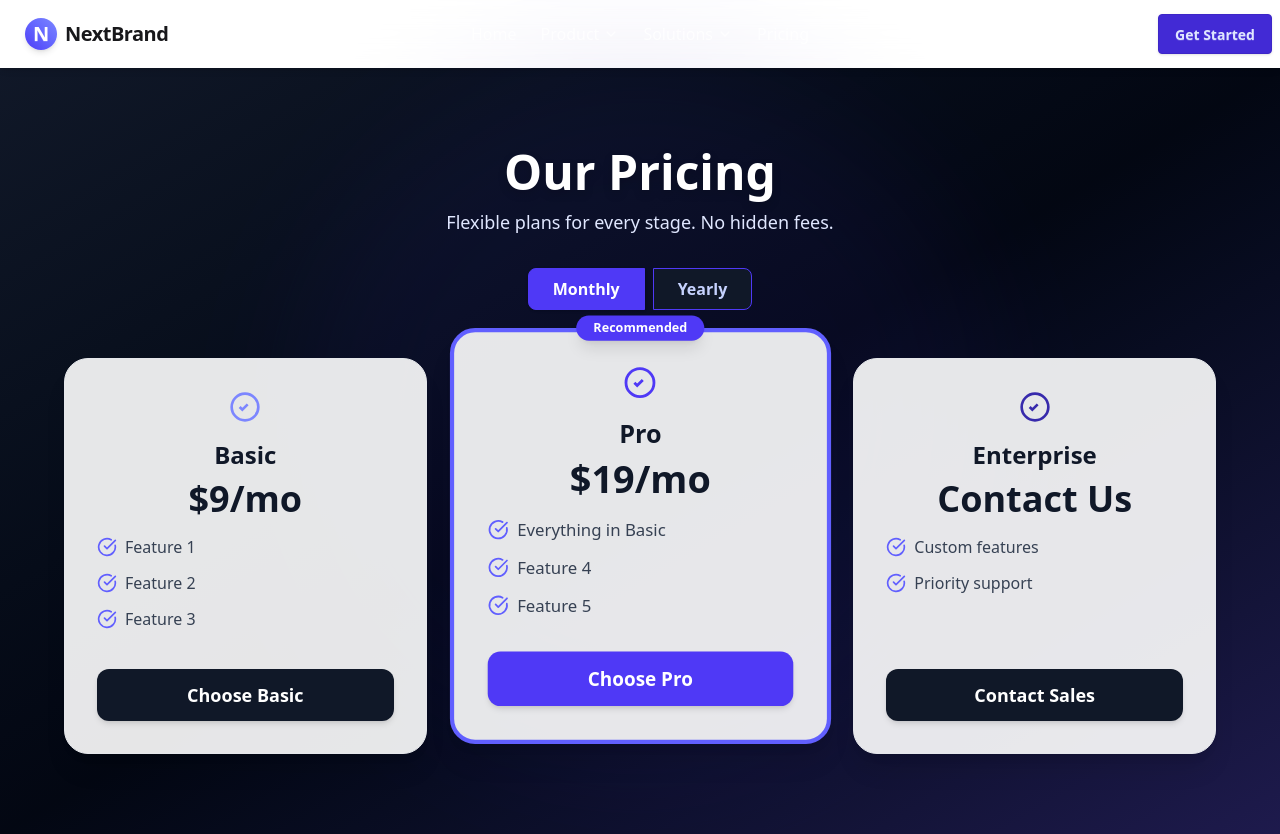
Repository: Chiranshukapil/Next_Brand
Page: /pricing
These files come from the project's save history. The page is drawn as it stood at one moment and after the next save; the edit follows.
The browser window is 1280 px wide. The pictures show the whole page.
The project was rebuilt for these pictures with package versions that can differ from the ones it lists, and the page was loaded fresh each time. Also part of the build but not shown: vite.config.js.

Above is the page before, as saved 2025-06-18 11:42:56.

### index.html
<!doctype html>
<html lang="en">
  <head>
    <meta charset="UTF-8" />
    <link rel="stylesheet" href="src/index.css">
    <meta name="viewport" content="width=device-width, initial-scale=1.0" />
    <title>NavBar</title>
  </head>
  <body classname="scroll-smooth">
    <div id="root"></div>
    <script type="module" src="/src/main.jsx"></script>
  </body>
</html>

### src/App.jsx
import { useState } from 'react'
import { BrowserRouter as Router, Routes, Route } from 'react-router-dom'
import Navbar from './Components/NavBar.jsx'
import PricingSection from './Components/PricingSection.jsx'

function App() {
  return (
    <Router>
      <Navbar />
      <Routes>

        <Route path="/pricing" element={<PricingSection />} />

      </Routes>
    </Router>
  )
}

export default App

### src/Components/NavBar.jsx
import React, { useState } from "react";
import { Link } from "react-router-dom";
import { Menu, X, ChevronDown } from "lucide-react";

// Use route paths in navLinks
const navLinks = [
  { name: "Home", href: "/" },
  {
    name: "Product",
    href: "/product",
    dropdown: [
      { name: "Overview", href: "/product/overview" },
      { name: "Features", href: "/product/features" },
    ],
  },
  {
    name: "Solutions",
    href: "/solutions",
    dropdown: [
      { name: "For Teams", href: "/solutions/teams" },
      { name: "For Individuals", href: "/solutions/individuals" },
    ],
  },
  { name: "Pricing", href: "/pricing" },
];

export default function Navbar() {
  const [menuOpen, setMenuOpen] = useState(false);
  const [dropdownOpen, setDropdownOpen] = useState(null);

  return (
    <nav className="navbar shadow-md sticky top-0 z-50 backdrop-blur-md bg-opacity-90 transition-all duration-300 flex justify-between items-center">

      <div className="navbar-start">
        <Link
          to="/"
          className="btn btn-ghost text-xl font-bold tracking-tight flex items-center gap-2 hover:text-indigo-500 transition-colors"
        >
          <span className="w-8 h-8 bg-gradient-to-tr from-indigo-600 to-indigo-400 rounded-full text-white flex items-center justify-center font-bold shadow-md">
            N
          </span>
          <span>NextBrand</span>
        </Link>
      </div>

      <div className="navbar-center hidden md:flex">
        <ul className="menu menu-horizontal px-1">
          {navLinks.map((link, index) => (
            <li
              key={link.name}
              onMouseEnter={() => setDropdownOpen(index)}
              onMouseLeave={() => setDropdownOpen(null)}
              className="relative"
            >
              {link.dropdown ? (
                <>
                  <Link
                    to={link.href}
                    className="text-base font-medium flex items-center gap-1 cursor-pointer text-white/80 hover:text-indigo-500 transition-colors"
                    aria-haspopup="true"
                    aria-expanded={dropdownOpen === index}
                    onClick={() => setDropdownOpen(null)}
                  >
                    {link.name}
                    <ChevronDown className="h-4 w-4" />
                  </Link>
                  {dropdownOpen === index && (
                    <ul className="absolute top-full left-0 mt-1 bg-gray-200 shadow-lg rounded-box p-2 w-48 z-50 animate-fade-in">
                      {link.dropdown.map((item) => (
                        <li key={item.name}>
                          <Link
                            to={item.href}
                            className="block px-3 py-1 rounded hover:bg-indigo-50 text-gray-800 transition"
                            onClick={() => setDropdownOpen(null)}
                          >
                            {item.name}
                          </Link>
                        </li>
                      ))}
                    </ul>
                  )}
                </>
              ) : (
                <Link
                  to={link.href}
                  className="text-base font-medium text-white/80 hover:text-indigo-500 transition"
                  onClick={() => setDropdownOpen(null)}
                >
                  {link.name}
                </Link>
              )}
            </li>
          ))}
        </ul>
      </div>

      <div className="navbar-end flex items-center">
        <Link
          to="/get-started"
          className="btn btn-primary font-semibold shadow hidden md:inline-flex"
        >
          Get Started
        </Link>
        <button
          aria-label="Toggle menu"
          className="btn btn-ghost md:hidden ml-2"
          onClick={() => setMenuOpen((v) => !v)}
        >
          {menuOpen ? (
            <X className="h-6 w-6 text-indigo-600" />
          ) : (
            <Menu className="h-6 w-6 text-indigo-600" />
          )}
        </button>

        <div
          className={`absolute top-full right-2 left-2 z-40 md:hidden overflow-hidden transition-all duration-300 ease-in-out bg-white rounded-box shadow-lg ${
            menuOpen ? "max-h-96" : "max-h-0"
          }`}
        >
          <ul tabIndex={0} className="menu menu-sm p-2 w-full">
            {navLinks.map((link) => (
              <li key={link.name}>
                {link.dropdown ? (
                  <details>
                    <summary className="text-base cursor-pointer flex items-center justify-between text-gray-800">
                      <Link
                        to={link.href}
                        className="flex items-center gap-1"
                        onClick={() => setMenuOpen(false)}
                      >
                        {link.name}
                      </Link>
                    </summary>
                    <ul className="p-2">
                      {link.dropdown.map((item) => (
                        <li key={item.name}>
                          <Link
                            to={item.href}
                            className="text-base text-gray-800"
                            onClick={() => setMenuOpen(false)}
                          >
                            {item.name}
                          </Link>
                        </li>
                      ))}
                    </ul>
                  </details>
                ) : (
                  <Link
                    to={link.href}
                    className="text-base text-gray-800"
                    onClick={() => setMenuOpen(false)}
                  >
                    {link.name}
                  </Link>
                )}
              </li>
            ))}
            <li className="mt-2">
              <Link
                to="/get-started"
                className="btn btn-primary w-full"
                onClick={() => setMenuOpen(false)}
              >
                Get Started
              </Link>
            </li>
          </ul>
        </div>
      </div>
    </nav>
  );
}

### src/Components/PricingSection.jsx
import { CheckCircle } from "lucide-react";
import { useState } from "react";

const plans = [
  {
    name: "Basic",
    icon: <svg className="w-8 h-8 text-indigo-400" fill="none" stroke="currentColor" strokeWidth="2" viewBox="0 0 24 24"><circle cx="12" cy="12" r="10"/><path d="M8 12l2 2 4-4"/></svg>,
    monthly: 9,
    yearly: 90,
    features: ["Feature 1", "Feature 2", "Feature 3"],
    recommended: false,
  },
  {
    name: "Pro",
    icon: <svg className="w-8 h-8 text-indigo-600" fill="none" stroke="currentColor" strokeWidth="2" viewBox="0 0 24 24"><circle cx="12" cy="12" r="10"/><path d="M8 12l2 2 4-4"/></svg>,
    monthly: 19,
    yearly: 190,
    features: ["Everything in Basic", "Feature 4", "Feature 5"],
    recommended: true,
  },
  {
    name: "Enterprise",
    icon: <svg className="w-8 h-8 text-indigo-800" fill="none" stroke="currentColor" strokeWidth="2" viewBox="0 0 24 24"><circle cx="12" cy="12" r="10"/><path d="M8 12l2 2 4-4"/></svg>,
    monthly: null,
    yearly: null,
    features: ["Custom features", "Priority support"],
    recommended: false,
    contact: true,
  },
];

export default function PricingSection() {
  const [billing, setBilling] = useState("monthly");

  const displayPrice = (plan) => {
    if (plan.contact) return "Contact Us";
    if (billing === "yearly") return `$${plan.yearly}/yr`;
    return `$${plan.monthly}/mo`;
  };

  return (
    <section className="relative py-20 px-4 md:px-0 bg-gradient-to-br from-gray-900 via-gray-950 to-indigo-950 min-h-[100vh]">

      <div className="absolute top-0 left-1/2 -translate-x-1/2 w-[700px] h-[700px] rounded-full bg-indigo-800 opacity-10 blur-3xl pointer-events-none"></div>
      <div className="relative z-10 max-w-6xl mx-auto">
        <h2 className="text-4xl md:text-5xl font-extrabold text-center mb-3 text-white drop-shadow-lg">Our Pricing</h2>
        <p className="text-center text-indigo-100 mb-8 text-lg">Flexible plans for every stage. No hidden fees.</p>
        {/* Billing toggle */}
        <div className="flex justify-center mb-12 gap-2">
          <button
            className={`px-6 py-2 rounded-l-lg font-semibold transition-colors duration-200 border border-indigo-600 focus:outline-none ${
              billing === "monthly"
                ? "bg-indigo-600 text-white shadow"
                : "bg-gray-900 text-indigo-200 hover:bg-indigo-700/20"
            }`}
            onClick={() => setBilling("monthly")}
          >
            Monthly
          </button>
          <button
            className={`px-6 py-2 rounded-r-lg font-semibold transition-colors duration-200 border border-indigo-600 focus:outline-none ${
              billing === "yearly"
                ? "bg-indigo-600 text-white shadow"
                : "bg-gray-900 text-indigo-200 hover:bg-indigo-700/20"
            }`}
            onClick={() => setBilling("yearly")}
          >
            Yearly
          </button>
        </div>
        <div className="grid md:grid-cols-3 gap-8 items-stretch">
          {plans.map((plan, idx) => (
            <div
              key={plan.name}
              className={`relative flex flex-col p-8 rounded-3xl border transition-transform duration-200 bg-white/90 shadow-xl hover:scale-[1.03] ${
                plan.recommended
                  ? "border-4 border-indigo-500 bg-indigo-50 z-20 scale-105 shadow-2xl"
                  : "border-gray-200"
              }`}
              style={plan.recommended ? { top: '-20px' } : {}}
            >
              {plan.recommended && (
                <span className="absolute -top-4 left-1/2 -translate-x-1/2 bg-indigo-600 text-white text-xs px-4 py-1 rounded-full font-semibold shadow-lg z-30">
                  Recommended
                </span>
              )}
              <div className="flex justify-center mb-4">{plan.icon}</div>
              <h3 className="text-2xl font-bold mb-2 text-gray-900 text-center">{plan.name}</h3>
              <div className="text-4xl font-extrabold mb-4 text-center text-gray-900">{displayPrice(plan)}</div>
              <ul className="flex-1 mb-8 space-y-3 text-gray-700">
                {plan.features.map((f) => (
                  <li key={f} className="flex items-center gap-2">
                    <CheckCircle className="w-5 h-5 text-indigo-500" />
                    <span>{f}</span>
                  </li>
                ))}
              </ul>
              <button
                className={`py-3 px-6 rounded-xl font-semibold text-lg transition-all duration-200 shadow-md focus:outline-none ${
                  plan.recommended
                    ? "bg-indigo-600 text-white hover:bg-indigo-700"
                    : "bg-gray-900 text-white hover:bg-indigo-600"
                }`}
              >
                {plan.contact ? "Contact Sales" : `Choose ${plan.name}`}
              </button>
            </div>
          ))}
        </div>
      </div>
    </section>
  );
}

Loaded but not shown: src/index.css (common file); src/main.jsx (common file)

After the next save:
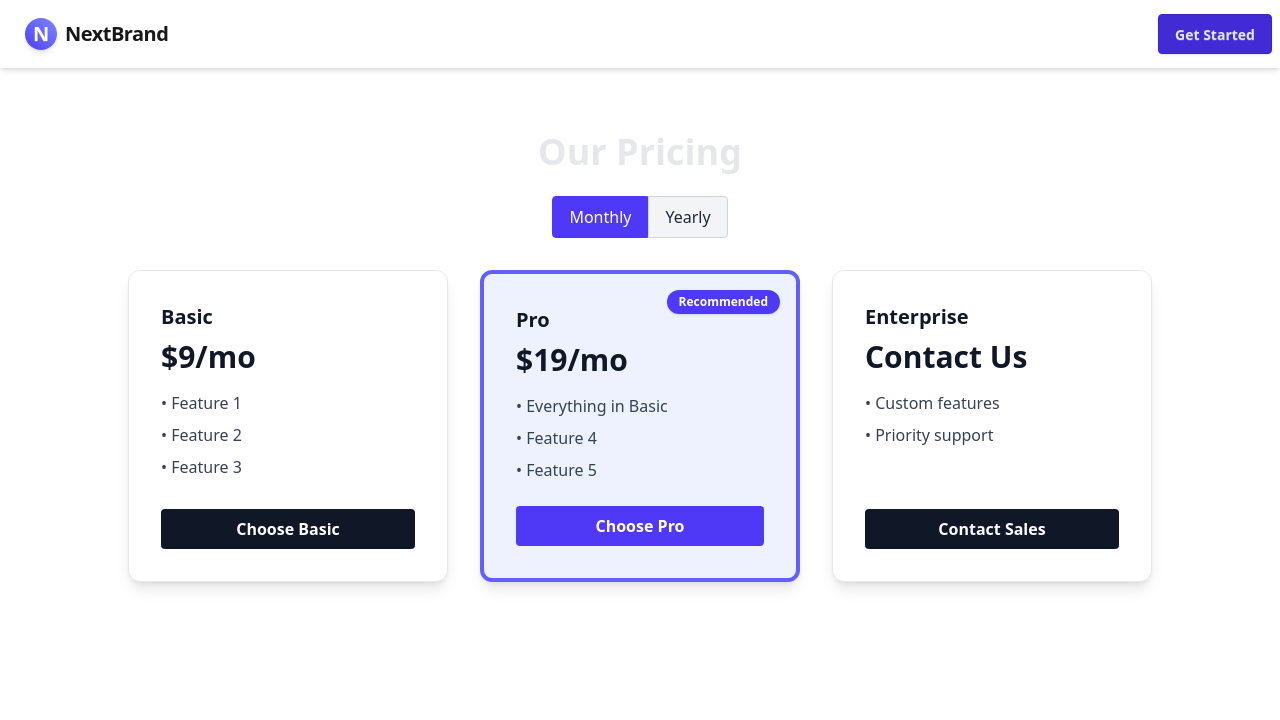
Saved 3 s later.
--- a/src/Components/PricingSection.jsx
+++ b/src/Components/PricingSection.jsx
@@ -1,26 +1,24 @@
-import { CheckCircle } from "lucide-react";
-import { useState } from "react";
+// src/Components/PricingSection.jsx
+
+import React, { useState } from "react";
 
 const plans = [
   {
     name: "Basic",
-    icon: <svg className="w-8 h-8 text-indigo-400" fill="none" stroke="currentColor" strokeWidth="2" viewBox="0 0 24 24"><circle cx="12" cy="12" r="10"/><path d="M8 12l2 2 4-4"/></svg>,
     monthly: 9,
-    yearly: 90,
+    yearly: 90, // 2 months free
     features: ["Feature 1", "Feature 2", "Feature 3"],
     recommended: false,
   },
   {
     name: "Pro",
-    icon: <svg className="w-8 h-8 text-indigo-600" fill="none" stroke="currentColor" strokeWidth="2" viewBox="0 0 24 24"><circle cx="12" cy="12" r="10"/><path d="M8 12l2 2 4-4"/></svg>,
     monthly: 19,
-    yearly: 190,
+    yearly: 190, // 2 months free
     features: ["Everything in Basic", "Feature 4", "Feature 5"],
     recommended: true,
   },
   {
     name: "Enterprise",
-    icon: <svg className="w-8 h-8 text-indigo-800" fill="none" stroke="currentColor" strokeWidth="2" viewBox="0 0 24 24"><circle cx="12" cy="12" r="10"/><path d="M8 12l2 2 4-4"/></svg>,
     monthly: null,
     yearly: null,
     features: ["Custom features", "Priority support"],
@@ -34,79 +32,76 @@ export default function PricingSection() {
 
   const displayPrice = (plan) => {
     if (plan.contact) return "Contact Us";
-    if (billing === "yearly") return `$${plan.yearly}/yr`;
+    if (billing === "yearly") {
+      return `$${plan.yearly}/yr`;
+    }
     return `$${plan.monthly}/mo`;
   };
 
   return (
-    <section className="relative py-20 px-4 md:px-0 bg-gradient-to-br from-gray-900 via-gray-950 to-indigo-950 min-h-[100vh]">
-
-      <div className="absolute top-0 left-1/2 -translate-x-1/2 w-[700px] h-[700px] rounded-full bg-indigo-800 opacity-10 blur-3xl pointer-events-none"></div>
-      <div className="relative z-10 max-w-6xl mx-auto">
-        <h2 className="text-4xl md:text-5xl font-extrabold text-center mb-3 text-white drop-shadow-lg">Our Pricing</h2>
-        <p className="text-center text-indigo-100 mb-8 text-lg">Flexible plans for every stage. No hidden fees.</p>
-        {/* Billing toggle */}
-        <div className="flex justify-center mb-12 gap-2">
-          <button
-            className={`px-6 py-2 rounded-l-lg font-semibold transition-colors duration-200 border border-indigo-600 focus:outline-none ${
-              billing === "monthly"
-                ? "bg-indigo-600 text-white shadow"
-                : "bg-gray-900 text-indigo-200 hover:bg-indigo-700/20"
+    <section
+      id="pricing"
+      className="max-w-5xl mx-auto py-16 px-4 md:px-0 scroll-mt-24"
+    >
+      <h2 className="text-3xl md:text-4xl font-bold text-center mb-6 text-gray-200">
+        Our Pricing
+      </h2>
+      {/* Billing toggle */}
+      <div className="flex justify-center mb-8">
+        <button
+          className={`px-4 py-2 rounded-l border font-medium transition-colors ${
+            billing === "monthly"
+              ? "bg-indigo-600 text-white border-indigo-600"
+              : "bg-gray-100 text-gray-800 border-gray-300"
+          }`}
+          onClick={() => setBilling("monthly")}
+        >
+          Monthly
+        </button>
+        <button
+          className={`px-4 py-2 rounded-r border font-medium transition-colors ${
+            billing === "yearly"
+              ? "bg-indigo-600 text-white border-indigo-600"
+              : "bg-gray-100 text-gray-800 border-gray-300"
+          }`}
+          onClick={() => setBilling("yearly")}
+        >
+          Yearly
+        </button>
+      </div>
+      <div className="grid gap-8 md:grid-cols-3">
+        {plans.map((plan) => (
+          <div
+            key={plan.name}
+            className={`relative flex flex-col p-8 rounded-xl shadow-lg transition-transform hover:scale-105 ${
+              plan.recommended
+                ? "border-4 border-indigo-500 bg-indigo-50"
+                : "bg-white border border-gray-200"
             }`}
-            onClick={() => setBilling("monthly")}
           >
-            Monthly
-          </button>
-          <button
-            className={`px-6 py-2 rounded-r-lg font-semibold transition-colors duration-200 border border-indigo-600 focus:outline-none ${
-              billing === "yearly"
-                ? "bg-indigo-600 text-white shadow"
-                : "bg-gray-900 text-indigo-200 hover:bg-indigo-700/20"
-            }`}
-            onClick={() => setBilling("yearly")}
-          >
-            Yearly
-          </button>
-        </div>
-        <div className="grid md:grid-cols-3 gap-8 items-stretch">
-          {plans.map((plan, idx) => (
-            <div
-              key={plan.name}
-              className={`relative flex flex-col p-8 rounded-3xl border transition-transform duration-200 bg-white/90 shadow-xl hover:scale-[1.03] ${
+            {plan.recommended && (
+              <span className="absolute top-4 right-4 bg-indigo-600 text-white text-xs px-3 py-1 rounded-full font-semibold shadow">
+                Recommended
+              </span>
+            )}
+            <h3 className="text-xl font-semibold mb-2 text-gray-900">{plan.name}</h3>
+            <div className="text-3xl font-bold mb-4 text-gray-900">{displayPrice(plan)}</div>
+            <ul className="flex-1 mb-6 space-y-2 text-gray-700">
+              {plan.features.map((f) => (
+                <li key={f}>• {f}</li>
+              ))}
+            </ul>
+            <button
+              className={`py-2 px-4 rounded font-semibold transition-colors ${
                 plan.recommended
-                  ? "border-4 border-indigo-500 bg-indigo-50 z-20 scale-105 shadow-2xl"
-                  : "border-gray-200"
+                  ? "bg-indigo-600 text-white hover:bg-indigo-700"
+                  : "bg-gray-900 text-white hover:bg-gray-800"
               }`}
-              style={plan.recommended ? { top: '-20px' } : {}}
             >
-              {plan.recommended && (
-                <span className="absolute -top-4 left-1/2 -translate-x-1/2 bg-indigo-600 text-white text-xs px-4 py-1 rounded-full font-semibold shadow-lg z-30">
-                  Recommended
-                </span>
-              )}
-              <div className="flex justify-center mb-4">{plan.icon}</div>
-              <h3 className="text-2xl font-bold mb-2 text-gray-900 text-center">{plan.name}</h3>
-              <div className="text-4xl font-extrabold mb-4 text-center text-gray-900">{displayPrice(plan)}</div>
-              <ul className="flex-1 mb-8 space-y-3 text-gray-700">
-                {plan.features.map((f) => (
-                  <li key={f} className="flex items-center gap-2">
-                    <CheckCircle className="w-5 h-5 text-indigo-500" />
-                    <span>{f}</span>
-                  </li>
-                ))}
-              </ul>
-              <button
-                className={`py-3 px-6 rounded-xl font-semibold text-lg transition-all duration-200 shadow-md focus:outline-none ${
-                  plan.recommended
-                    ? "bg-indigo-600 text-white hover:bg-indigo-700"
-                    : "bg-gray-900 text-white hover:bg-indigo-600"
-                }`}
-              >
-                {plan.contact ? "Contact Sales" : `Choose ${plan.name}`}
-              </button>
-            </div>
-          ))}
-        </div>
+              {plan.contact ? "Contact Sales" : `Choose ${plan.name}`}
+            </button>
+          </div>
+        ))}
       </div>
     </section>
   );
